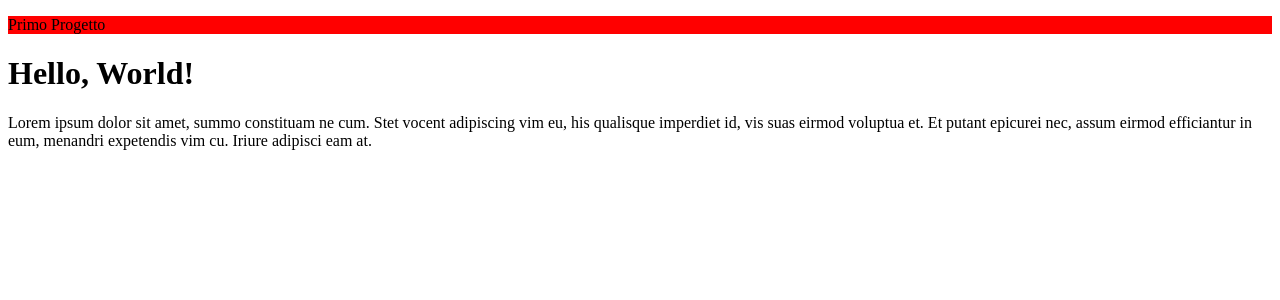
Repository: AndreaGuastaferro/Repository_Andrea_Guastaferro_Front
Page: cartella_html/NUOVO_HTML/ProgettoFinale.html
These files come from the project's save history. The page is drawn as it stood at one moment and after the next save; the edit follows.
The browser window is 1280 px wide. The pictures show the whole page.

Above is the page before, as saved 2018-10-22 15:41:31.

### cartella_html/NUOVO_HTML/ProgettoFinale.html
<!DOCTYPE html>
<html>
<head>
<meta charset="ISO-8859-1">
<title>Insert title here</title>
<link rel="stylesheet" type="text/css" href="ProgettoFinale.css">
</head>
<body>
	<header >
	<p id="head"> Primo Progetto</p>
	</header>

	 <div class="Projecthero">
	 	<div class="TextHero">
	 		<h1>Hello, World!</h1>
	 		<article class ="articolo"></article>
	 		Lorem ipsum dolor sit amet, summo constituam ne cum.
	 		Stet vocent adipiscing vim eu, his qualisque imperdiet id, vis suas eirmod voluptua et.
	 		Et putant epicurei nec, assum eirmod efficiantur in eum, menandri expetendis vim cu. Iriure adipisci eam at.

	 	</div>
	 </div>
</body>
</html>

### cartella_html/NUOVO_HTML/ProgettoFinale.css
@charset "ISO-8859-1";

body{
	margin 0;
}

header {
	background-color: #FF0000;
  	height:5%;
}

head{
background-color: white;
}

After the next save:
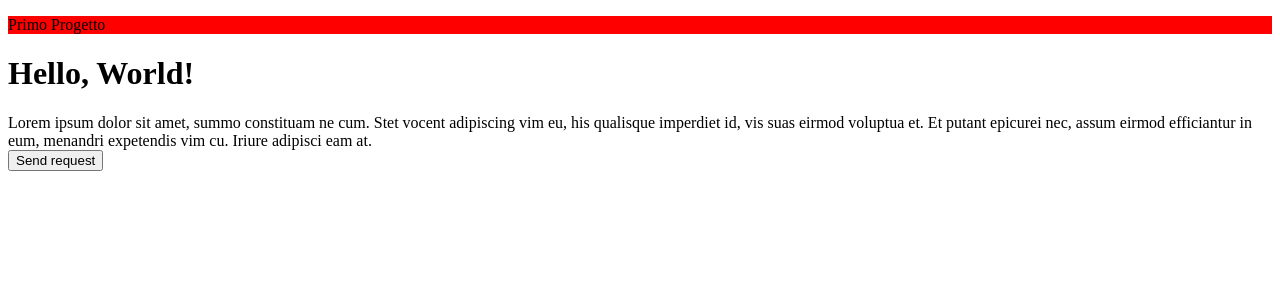
Saved 4 min 57 s later.
--- a/cartella_html/NUOVO_HTML/ProgettoFinale.html
+++ b/cartella_html/NUOVO_HTML/ProgettoFinale.html
@@ -17,7 +17,11 @@
 	 		Lorem ipsum dolor sit amet, summo constituam ne cum.
 	 		Stet vocent adipiscing vim eu, his qualisque imperdiet id, vis suas eirmod voluptua et.
 	 		Et putant epicurei nec, assum eirmod efficiantur in eum, menandri expetendis vim cu. Iriure adipisci eam at.
-
+	 		<form>
+					  <div>
+					    <input type="submit" value="Send request">
+					  </div>
+			</form>
 	 	</div>
 	 </div>
 </body>
